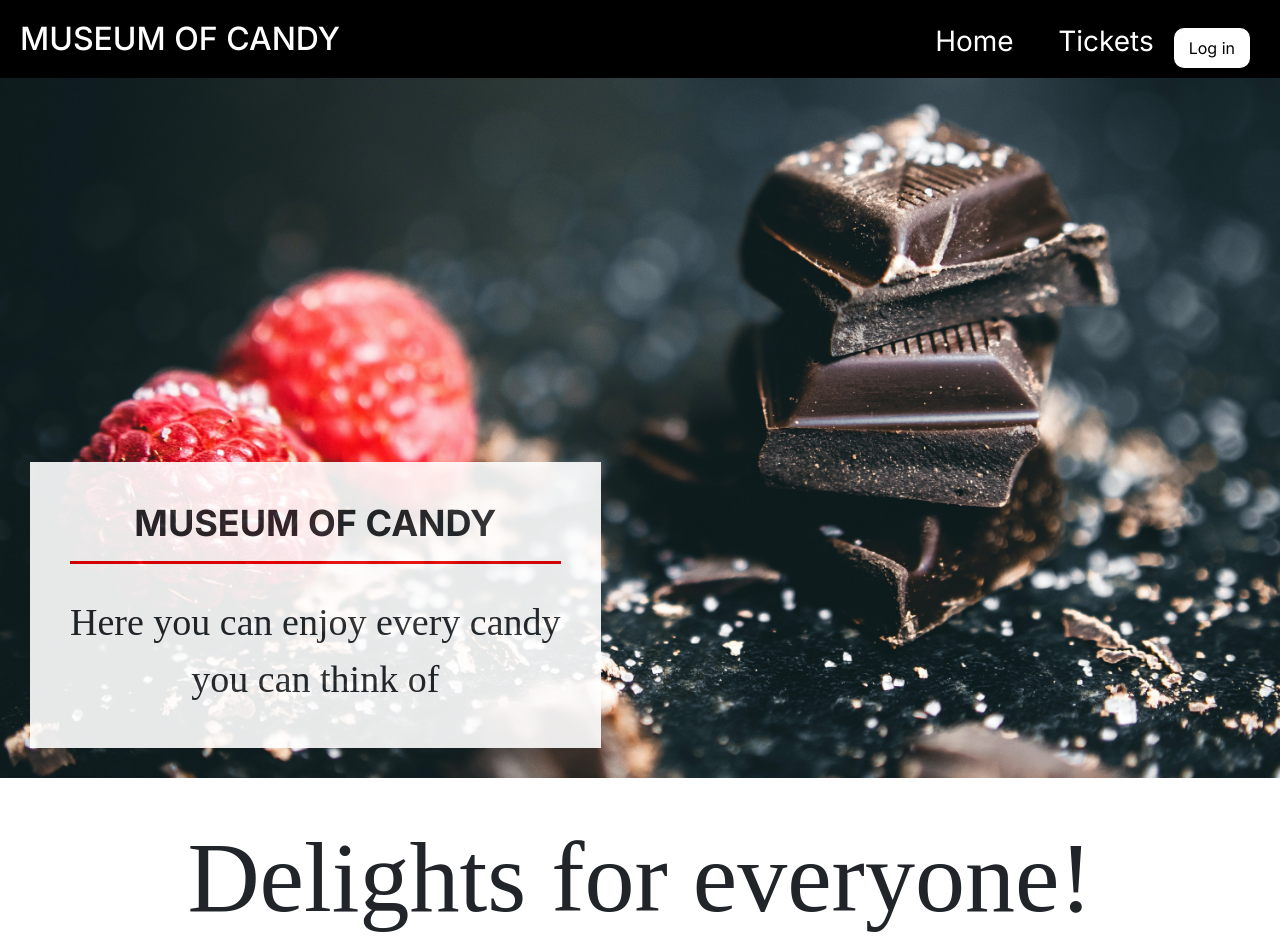
Repository: m-koparanova/MuseumOfCandy
Page: index.html
These files come from the project's save history. The page is drawn as it stood at one moment and after the next save; the edit follows.
The browser window is 1280 px wide. The pictures show the part of the page from y = 0 to 952 px (the page is 1418 px tall before and 1420 px after).
Some web fonts or font styles are not loaded; a fallback is used.

Above is the page before, as saved 2023-03-05 21:12:29.

### index.html
<!DOCTYPE html>
<html lang="en">
<head>
    <meta charset="UTF-8">
    <meta http-equiv="X-UA-Compatible" content="IE=edge">
    <meta name="viewport" content="width=device-width, initial-scale=1.0">
    <title>Document</title>
    <link rel="stylesheet" href="https://cdn.jsdelivr.net/npm/bootstrap@4.6.2/dist/css/bootstrap.min.css" integrity="sha384-xOolHFLEh07PJGoPkLv1IbcEPTNtaed2xpHsD9ESMhqIYd0nLMwNLD69Npy4HI+N" crossorigin="anonymous">

    <link rel="stylesheet" href="style.css">

</head>
<body>
    <nav class="nav-bar">
        <h2 class="logo">MUSEUM OF CANDY</h2>
        <div class="top-nav">

            <ul>
                <li class="nav"><a href="#">Home</a></li>
                <li class="nav"><a href="#">Tickets</a></li>
            </ul>
            <button class="button">Log in</button>
        </div>

    </nav>

    <tbody>
        <div class="image-container">
            <img src="pics\pexels-lisa-fotios-918327.jpg" alt="" class="image">
            <div class="text-container">
                <h3>MUSEUM OF CANDY</h3>
                <hr>
                <p>Here you can enjoy every candy<br>you can think of</p>
            </div>
        </div>

        <div>
            <h2 class="delights-text" id="delights-text">Delights for everyone!</h2>
        </div>

        <div class="gallery">
            <img src="C:\Users\Magda\Desktop\code\pics\pexels-anna-tukhfatullina-food-photographerstylist-2638026.jpg" alt="" width="280" height="355">
            <img src="C:\Users\Magda\Desktop\code\pics\pexels-photo-1775285.webp" alt="" width="280" height="355">
            <img src="C:\Users\Magda\Desktop\code\pics\resized-cookie.jpg" alt="" width="280" height="355">
        </div>
    </tbody>


    <script src="https://cdn.jsdelivr.net/npm/jquery@3.5.1/dist/jquery.slim.min.js" integrity="sha384-DfXdz2htPH0lsSSs5nCTpuj/zy4C+OGpamoFVy38MVBnE+IbbVYUew+OrCXaRkfj" crossorigin="anonymous"></script>
    <script src="https://cdn.jsdelivr.net/npm/bootstrap@4.6.2/dist/js/bootstrap.bundle.min.js" integrity="sha384-Fy6S3B9q64WdZWQUiU+q4/2Lc9npb8tCaSX9FK7E8HnRr0Jz8D6OP9dO5Vg3Q9ct" crossorigin="anonymous"></script>

</body>
</html>

### style.css
@import url('https://fonts.googleapis.com/css2?family=Inter:wght@100;200;300;400;500;600;700;800;900&display=swap');
@import url('https://fonts.googleapis.com/css2?family=Italianno&display=swap');


*{
    margin: 0;
    padding: 0;
}

.nav-bar{
    background: black;
}

.logo {
    font-family: 'Inter', sans-serif, bold;
    color: white;
    position: absolute;
    margin-top: 20px;
    margin-left: 20px;
}

.top-nav{
    display: flex;
    align-items: end;
    justify-content: end;
    padding-top: 20px;
    padding-left: 20px;

}

.top-nav ul li{
    display: inline-block;
    list-style-type: none;
    padding-left: 20px;
    padding-right: 20px;
    font-family: 'Inter', sans-serif;
    font-size: 28px;
}

.top-nav ul li a{
    text-decoration: none;
    color: white;
}

.top-nav ul li a:hover{
    color: rgb(215, 5, 5);
    transition: .3s;
}

.button{
    border: none;
    background: white;
    border-radius: 10px;
    padding: 8px 15px 8px 15px;
    margin-right: 30px;
    margin-bottom: 10px;
    font-family: 'Inter', sans-serif;
    text-align: center;
}

.button:hover{
    background: rgb(215, 5, 5);
    color: white;
}

.image-container {
    position: relative;
    text-align: center;
}

.image{
    object-fit: cover;
    width: 100%;
    height: 700px;
}

.text-container{
    position: absolute;
    bottom: 30px;
    left: 30px;
    background: white;
    opacity: 90%;
    padding: 40px 40px 40px 40px ;
}

.image-container div hr{
    border-width: 3px;
    opacity: 100%;
    background: red;
}
.image-container div h3{
    font-family: "Inter", sans-serif;
    font-size: 36px;
    font-weight: 700;
}

.image-container div p{
    font-family: 'Italianno', cursive;
    font-size: 38px;
    margin-top: 30px;
    margin-bottom: 0px;
}

.delights-text{
    font-family: 'Italianno', cursive;
    text-align: center;
    margin: 40px 0px 40px 0px;
    font-size: 100px;
}

.gallery{
    display: flex;
    justify-content: space-between;

}

.gallery img{
    width: 20%;
    margin: calc(20%/6);
}

After the next save:
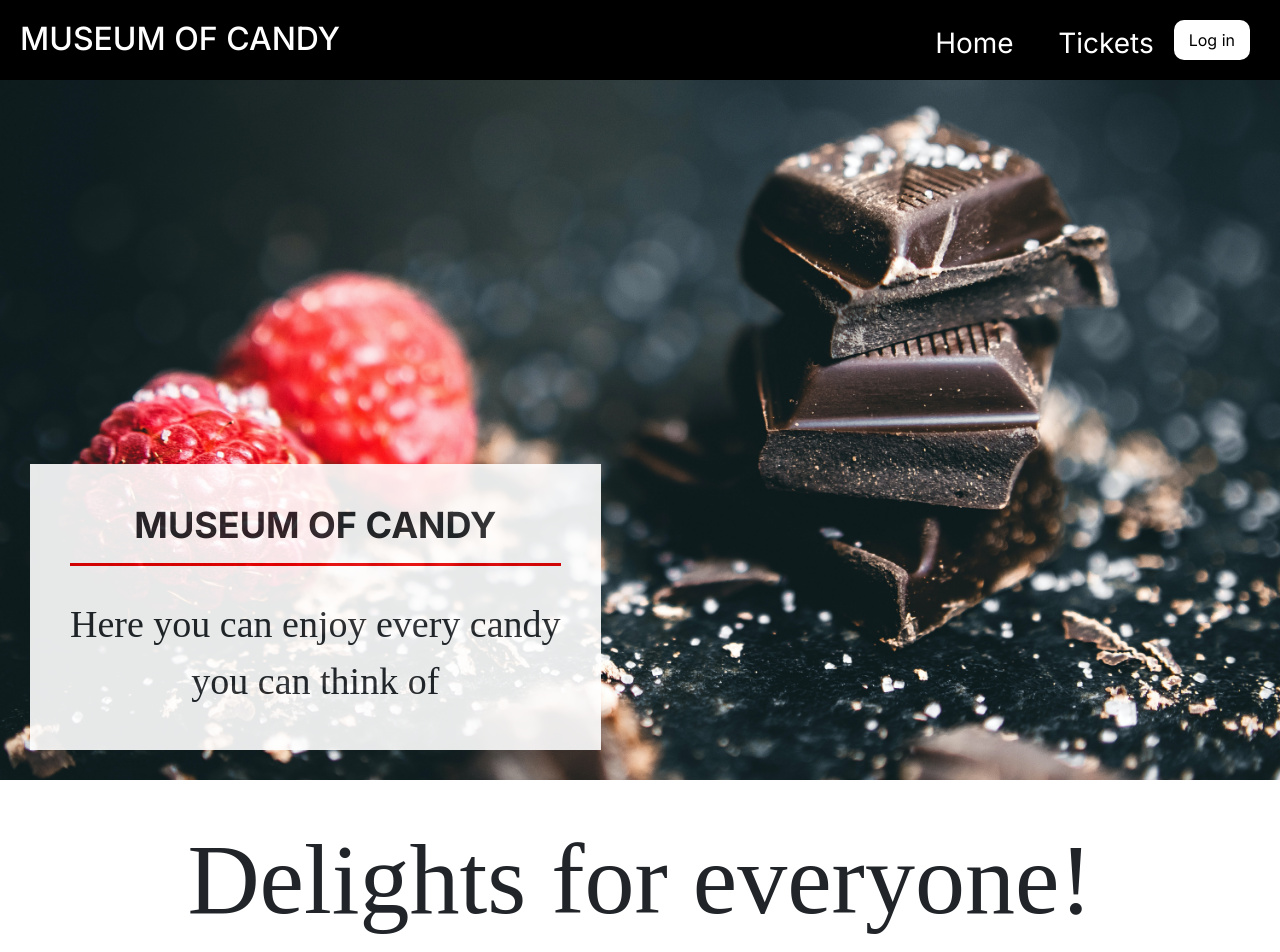
Saved 32 s later.
--- a/style.css
+++ b/style.css
@@ -53,7 +53,7 @@
     border-radius: 10px;
     padding: 8px 15px 8px 15px;
     margin-right: 30px;
-    margin-bottom: 10px;
+    margin-bottom: 20px;
     font-family: 'Inter', sans-serif;
     text-align: center;
 }

After the save that followed:
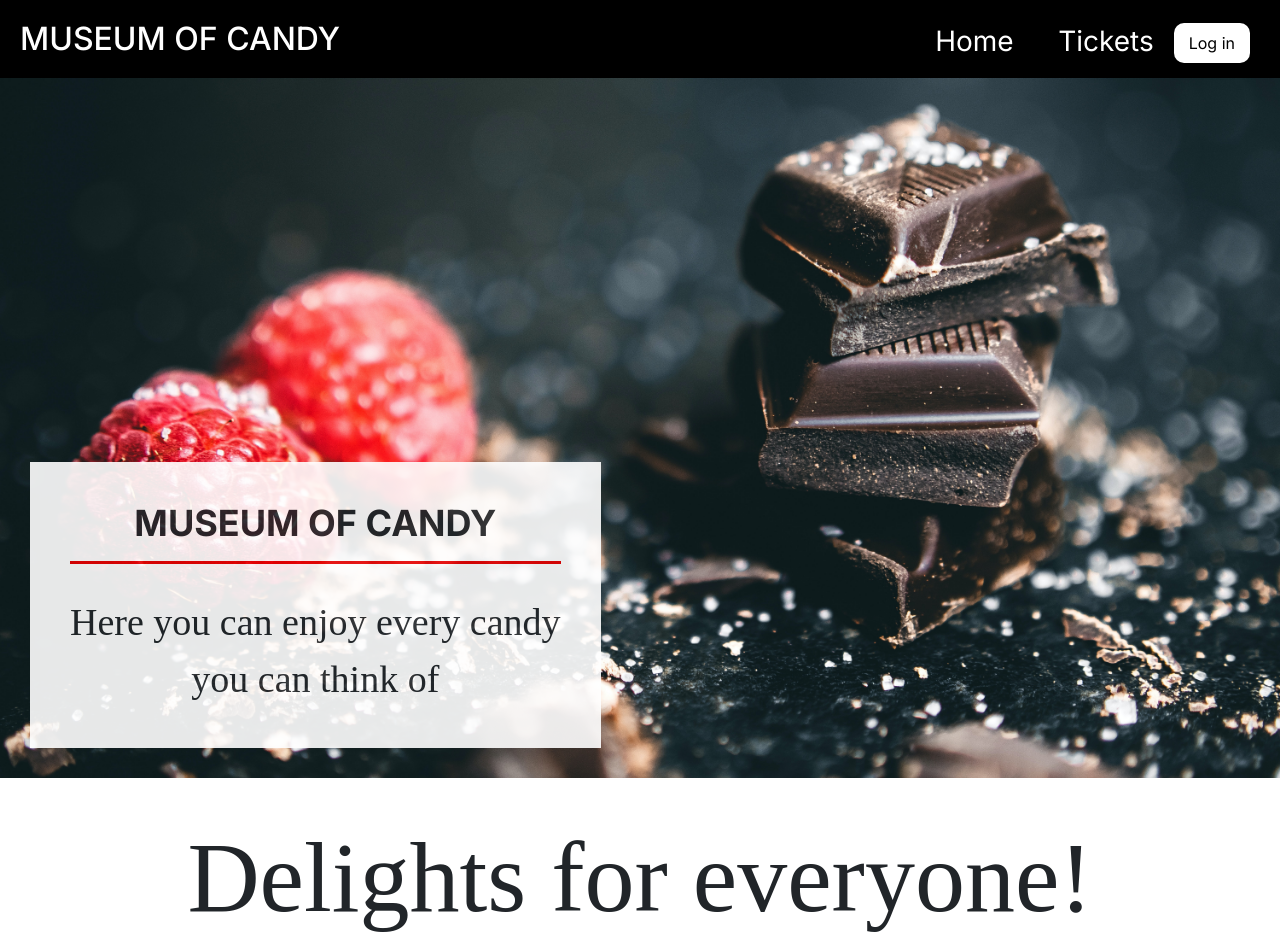
Saved 12 s later.
--- a/style.css
+++ b/style.css
@@ -53,7 +53,7 @@
     border-radius: 10px;
     padding: 8px 15px 8px 15px;
     margin-right: 30px;
-    margin-bottom: 20px;
+    margin-bottom: 15px;
     font-family: 'Inter', sans-serif;
     text-align: center;
 }
